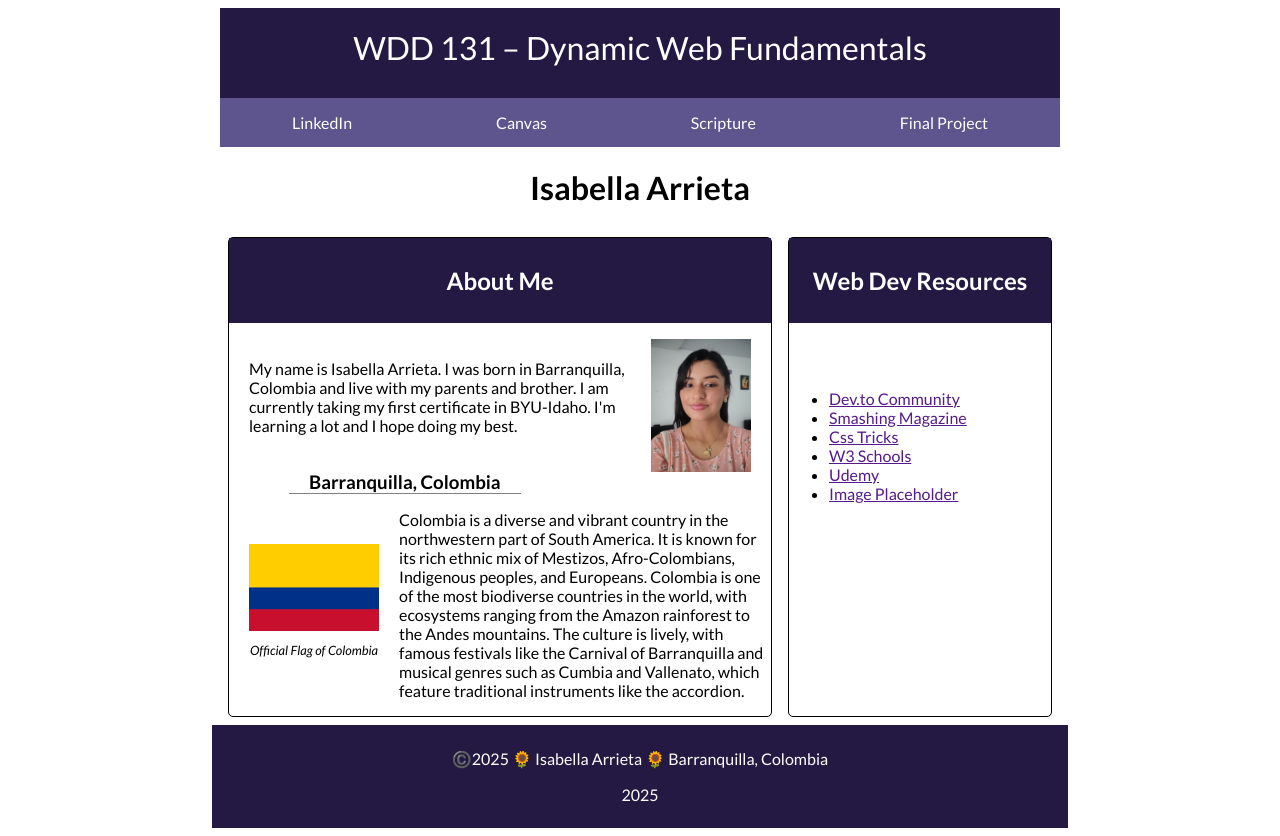
Repository: isaAJ05/wdd131
Page: index.html
The author's editor kept a copy of each file at every save. The page is drawn from the files as they stood at one save, then again after the next save.
The browser window is 1280 px wide. The pictures show the whole page.
Some web fonts or font styles are not loaded; a fallback is used.

Above is the page before, as saved 2025-07-04 03:45:02.

After the next save:
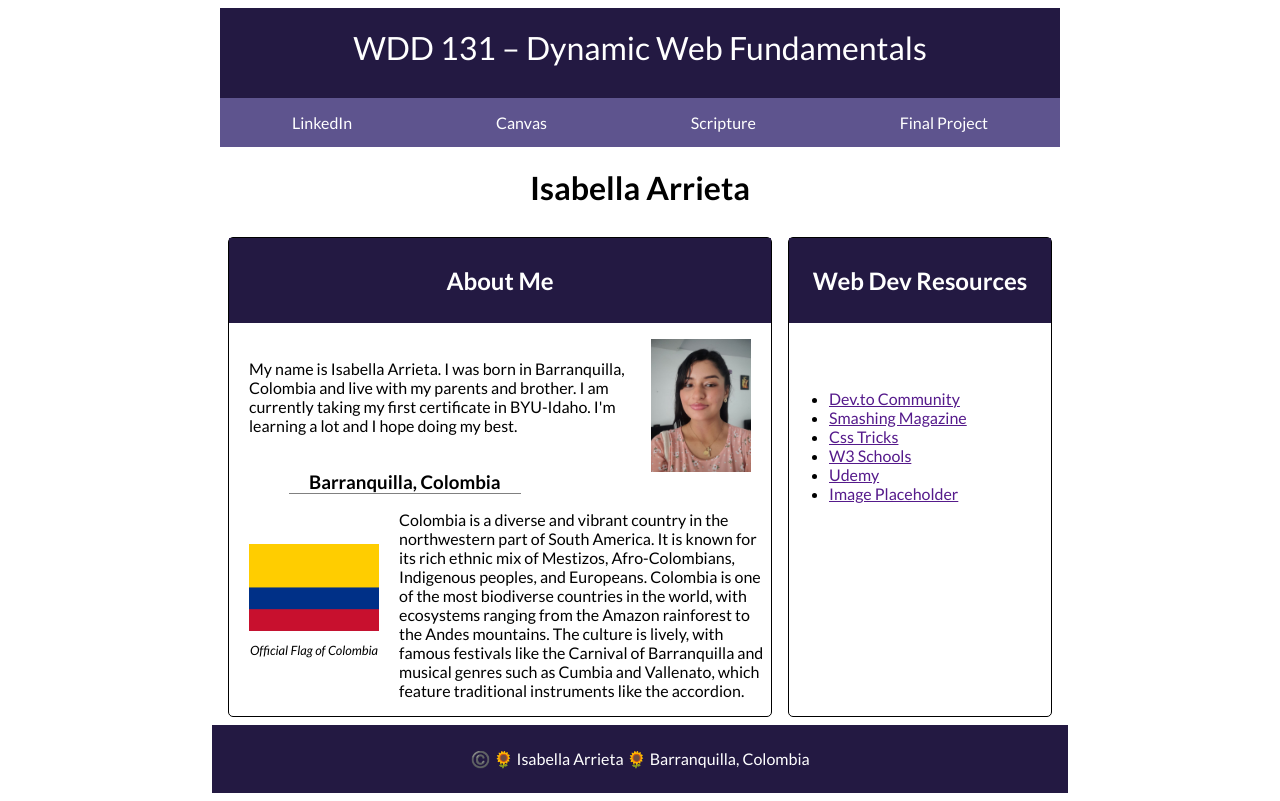
Console error: SyntaxError: Unexpected token '}'
Saved 10 s later.
--- a/scripts/getdates.js
+++ b/scripts/getdates.js
@@ -3,4 +3,4 @@
 year.innerHTML = `<span class="highlight">${today.getFullYear()}</span>`;
 const lastMod = document.querySelector("#lastModified");
 let oLastModif = new Date(document.lastModified);
-lastMod.innerHTML = `<span class="highlight">${today.getFullYear()}</span>`;
+lastMod.innerHTML = `<span class="highlight">${}</span>`;

After the save that followed:
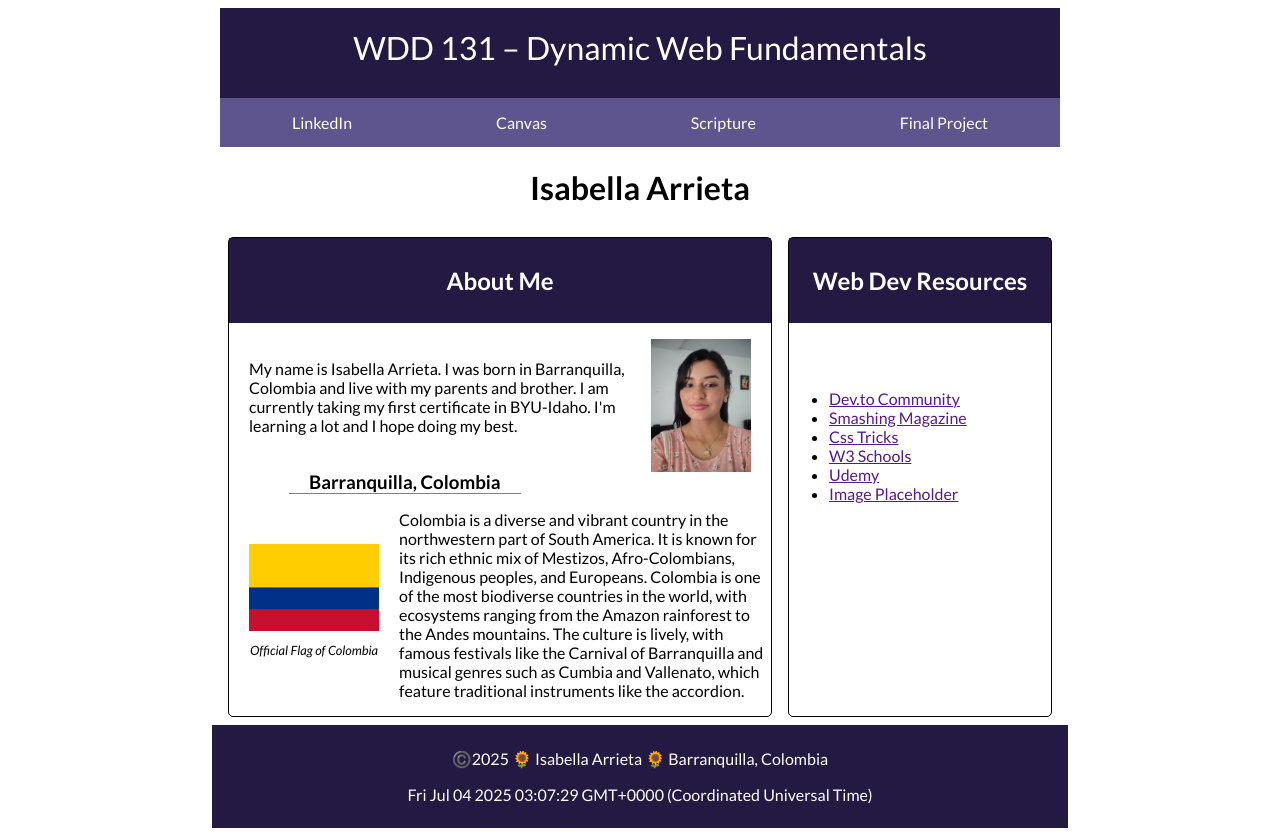
The error is gone.
Saved 5 s later.
--- a/scripts/getdates.js
+++ b/scripts/getdates.js
@@ -3,4 +3,4 @@
 year.innerHTML = `<span class="highlight">${today.getFullYear()}</span>`;
 const lastMod = document.querySelector("#lastModified");
 let oLastModif = new Date(document.lastModified);
-lastMod.innerHTML = `<span class="highlight">${}</span>`;
+lastMod.innerHTML = `<span class="highlight">${oLastModif}</span>`;
